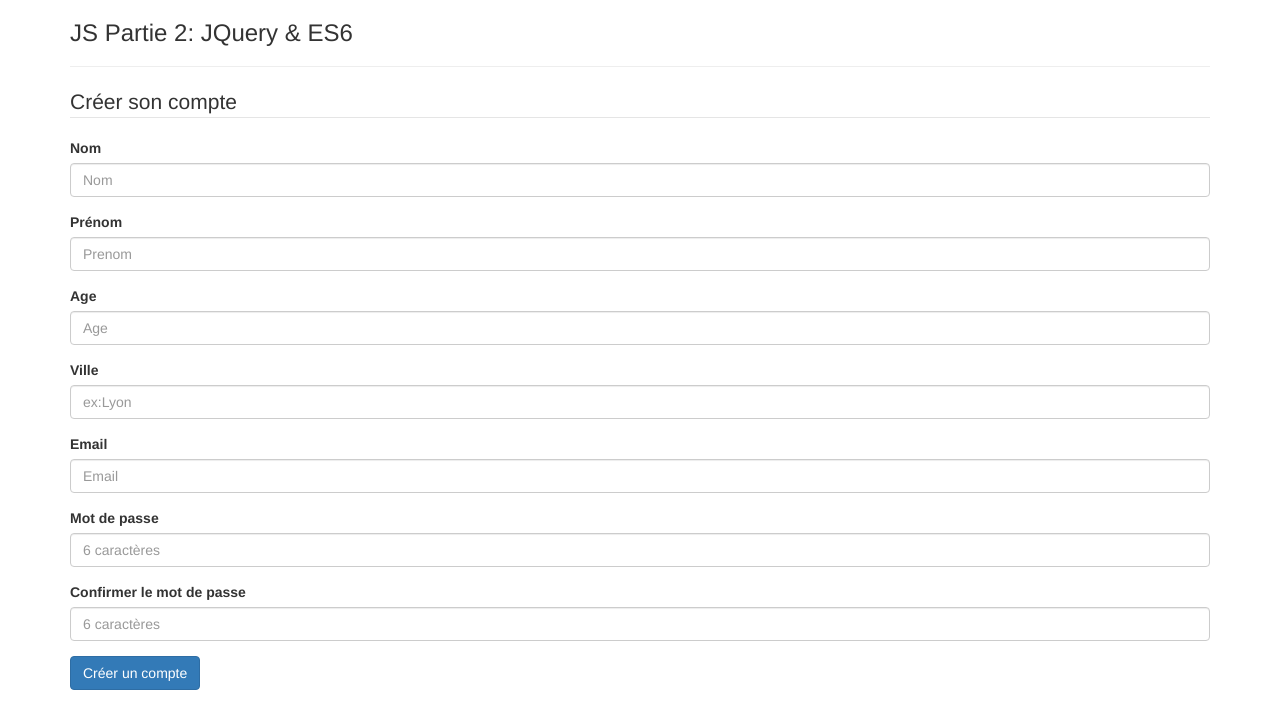
Repository: Symfomany/WildJQueryForm
Page: index.html
An editor plug-in stored every save of this project. The page is shown before and after the next save, followed by the edit.
The browser window is 1280 px wide. The pictures show the whole page.

Above is the page before, as saved 2017-03-06 06:57:34.

After the next save:
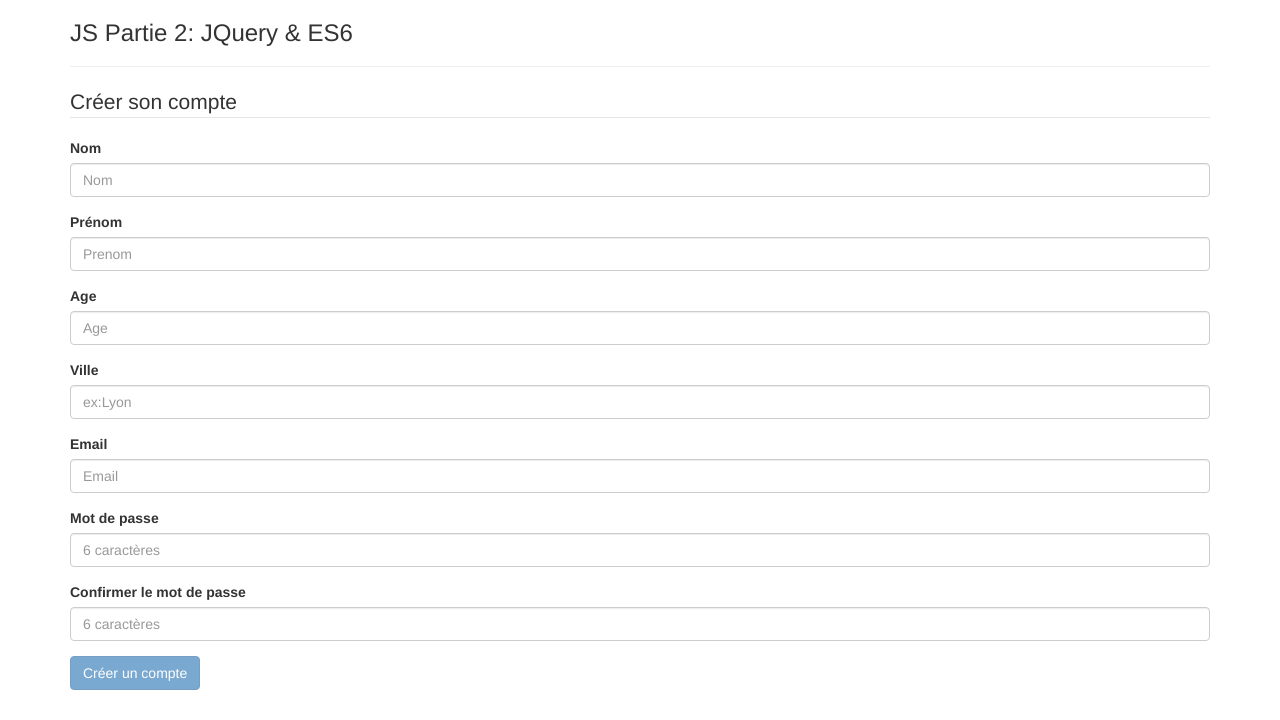
Saved 11 s later.
--- a/index.html
+++ b/index.html
@@ -56,7 +56,7 @@
                 <input type="password" class="form-control" id="password" placeholder="6 caractères">
             </div>
 
-            <button type="submit" class="btn btn-primary">Créer un compte</button>
+            <button disabled type="submit" class="btn btn-primary">Créer un compte</button>
         </form>
 
 
